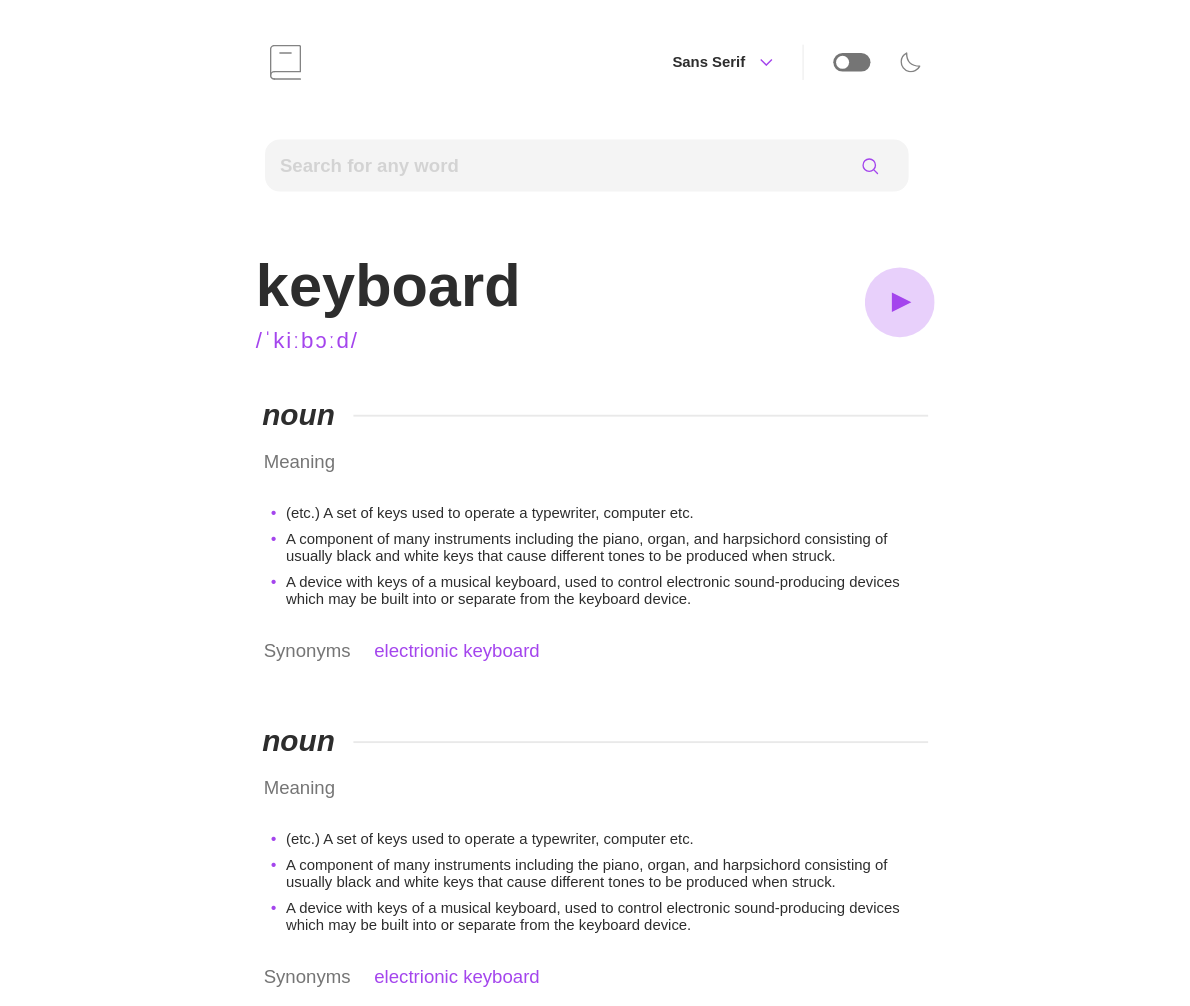
Repository: Arkitecth/dictionary-app
Page: index.html
The author's editor kept a copy of each file at every save. The page is drawn from the files as they stood at one save, then again after the next save.
The browser window is 1280 px wide. The pictures show the whole page, at 93% of full size.

Above is the page before, as saved 2023-07-20 19:31:38.

After the next save:
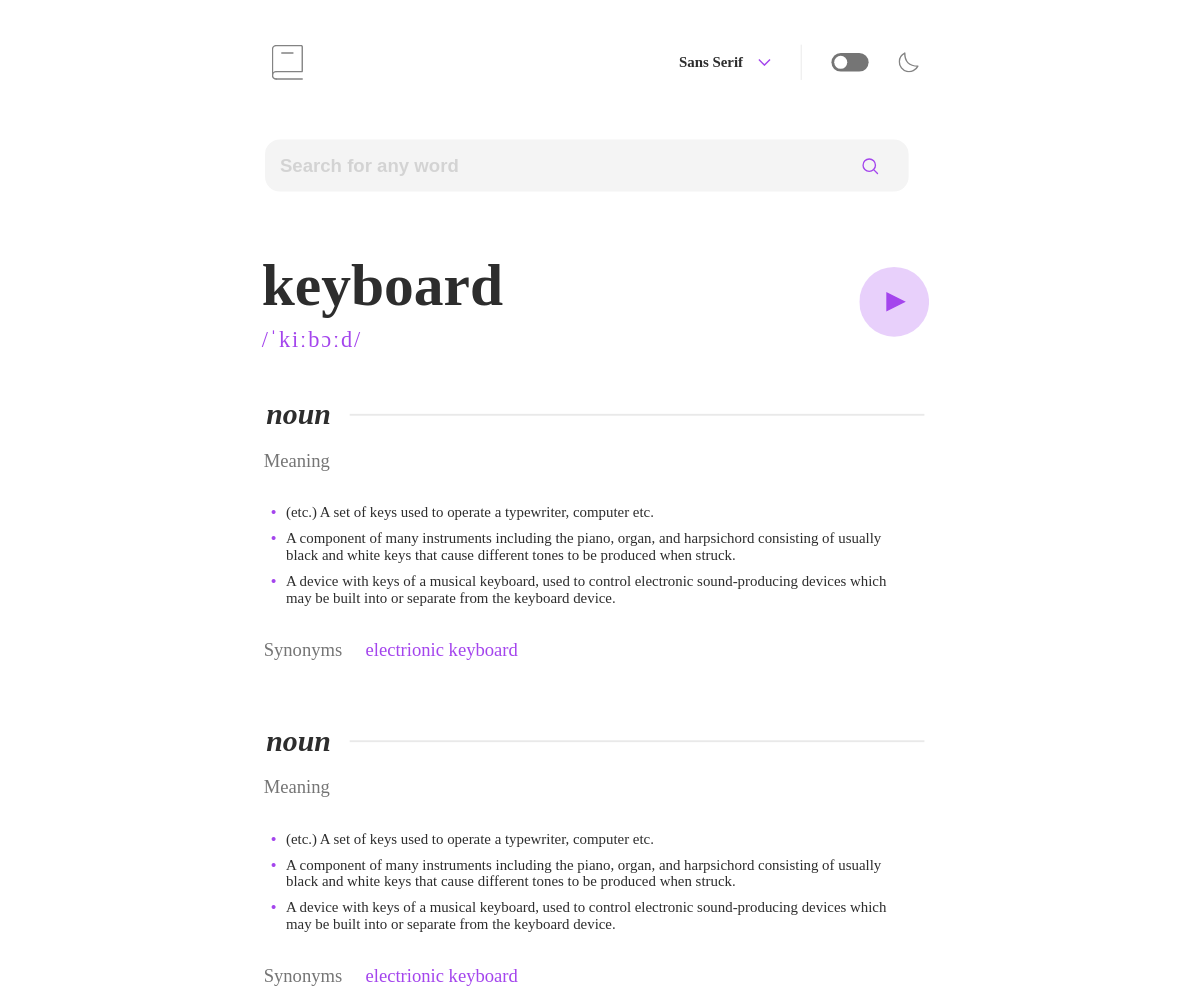
Saved 30 s later.
--- a/styles.css
+++ b/styles.css
@@ -19,7 +19,7 @@
 body {
     max-width: 1100px;
     margin: 0 auto;
-    font-family: Sans-Serif;
+    font-family: Mono;
     background-color: var(--pure-white);
     color: var(--dark-three);
 }

After the save that followed:
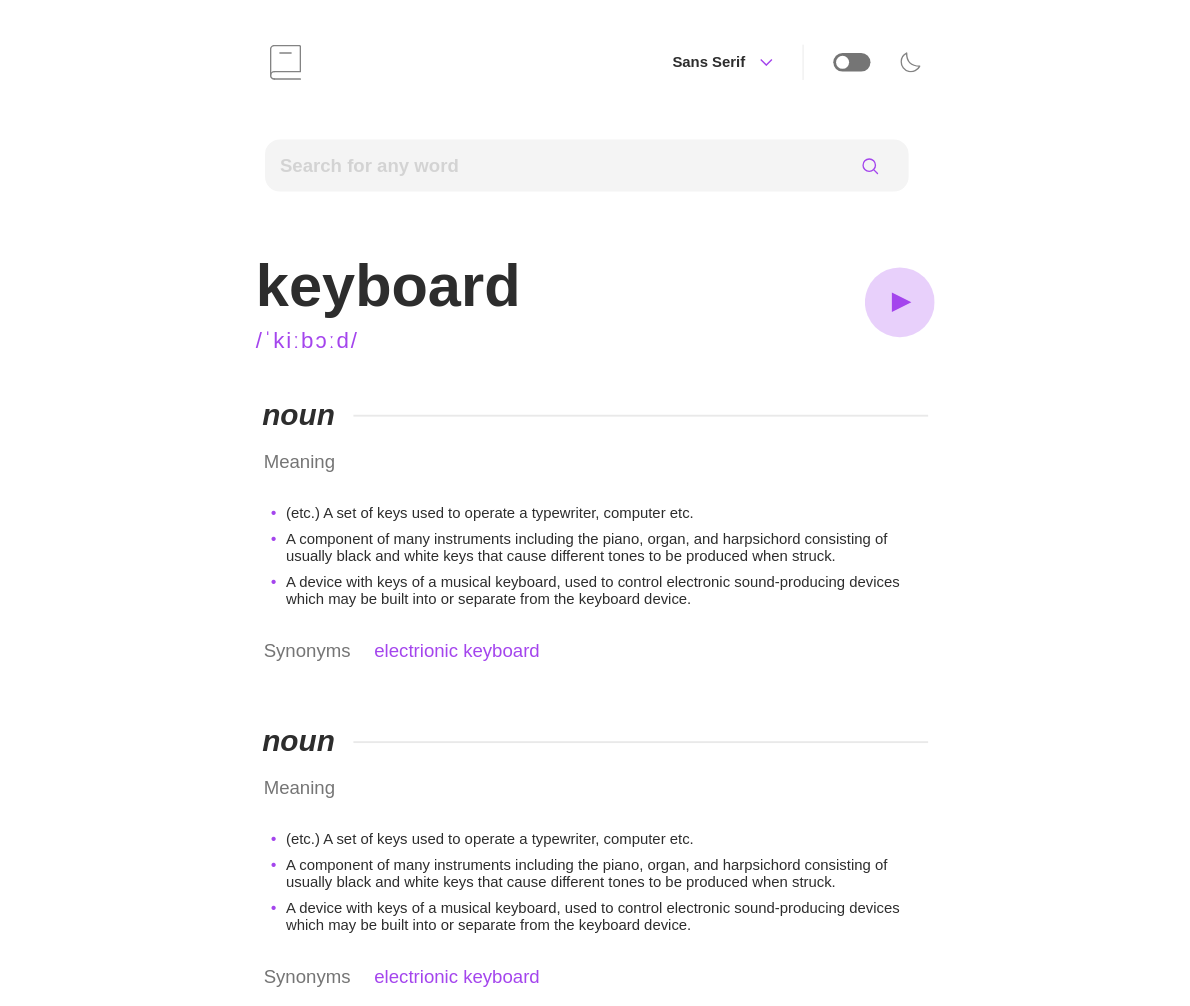
Saved 18 s later.
--- a/styles.css
+++ b/styles.css
@@ -19,7 +19,7 @@
 body {
     max-width: 1100px;
     margin: 0 auto;
-    font-family: Mono;
+    font-family: Sans-Serif;
     background-color: var(--pure-white);
     color: var(--dark-three);
 }
